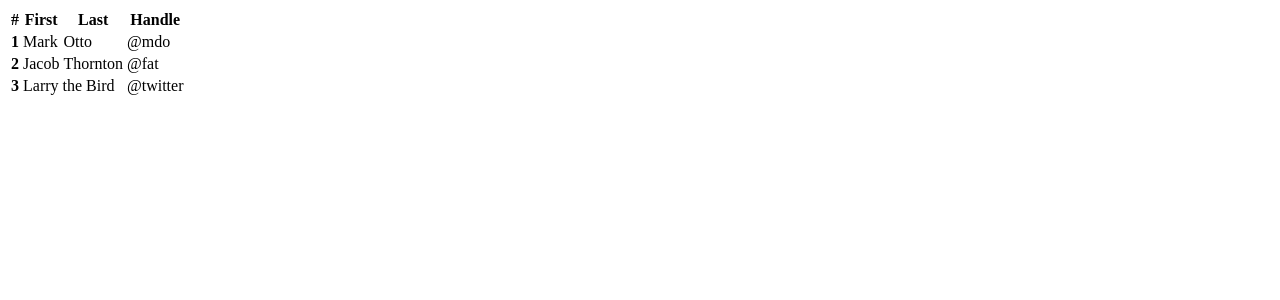
Repository: arunyerram/Web-TEChnologies
Page: BootstrapTables.html
The author's editor kept a copy of each file at every save. The page is drawn from the files as they stood at one save, then again after the next save.
The browser window is 1280 px wide. The pictures show the whole page.

Above is the page before, as saved 2025-02-21 12:07:17.

### BootstrapTables.html
<!DOCTYPE html>
<html lang="en">
<head>
    <meta charset="UTF-8">
    <meta name="viewport" content="width=device-width, initial-scale=1.0">
    <title>Document</title>

</head>
<body>
    <table class="table">
        <thead>
          <tr>
            <th scope="col">#</th>
            <th scope="col">First</th>
            <th scope="col">Last</th>
            <th scope="col">Handle</th>
          </tr>
        </thead>
        <tbody>
          <tr>
            <th scope="row">1</th>
            <td>Mark</td>
            <td>Otto</td>
            <td>@mdo</td>
          </tr>
          <tr>
            <th scope="row">2</th>
            <td>Jacob</td>
            <td>Thornton</td>
            <td>@fat</td>
          </tr>
          <tr>
            <th scope="row">3</th>
            <td colspan="2">Larry the Bird</td>
            <td>@twitter</td>
          </tr>
        </tbody>
      </table>
</body>
</html>

After the next save:
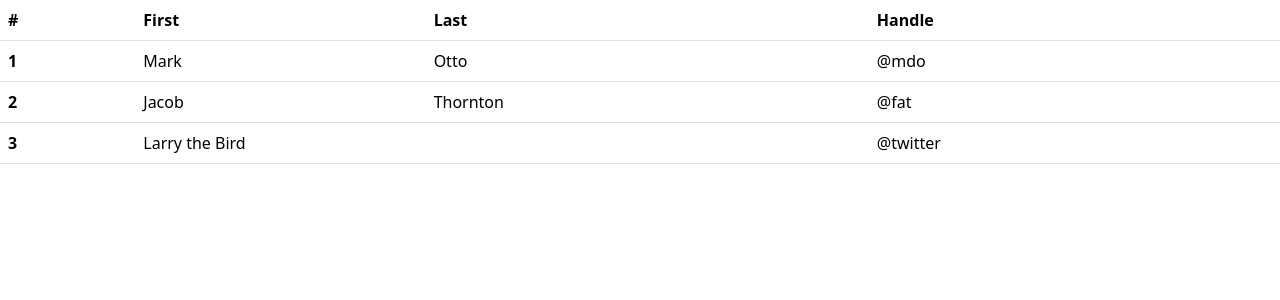
Saved 24 s later.
--- a/BootstrapTables.html
+++ b/BootstrapTables.html
@@ -5,6 +5,8 @@
     <meta name="viewport" content="width=device-width, initial-scale=1.0">
     <title>Document</title>
 
+    <link href="https://cdn.jsdelivr.net/npm/bootstrap@5.3.3/dist/css/bootstrap.min.css" rel="stylesheet" integrity="sha384-QWTKZyjpPEjISv5WaRU9OFeRpok6YctnYmDr5pNlyT2bRjXh0JMhjY6hW+ALEwIH" crossorigin="anonymous">
+    <script src="https://cdn.jsdelivr.net/npm/bootstrap@5.3.3/dist/js/bootstrap.bundle.min.js" integrity="sha384-YvpcrYf0tY3lHB60NNkmXc5s9fDVZLESaAA55NDzOxhy9GkcIdslK1eN7N6jIeHz" crossorigin="anonymous"></script>
 </head>
 <body>
     <table class="table">
